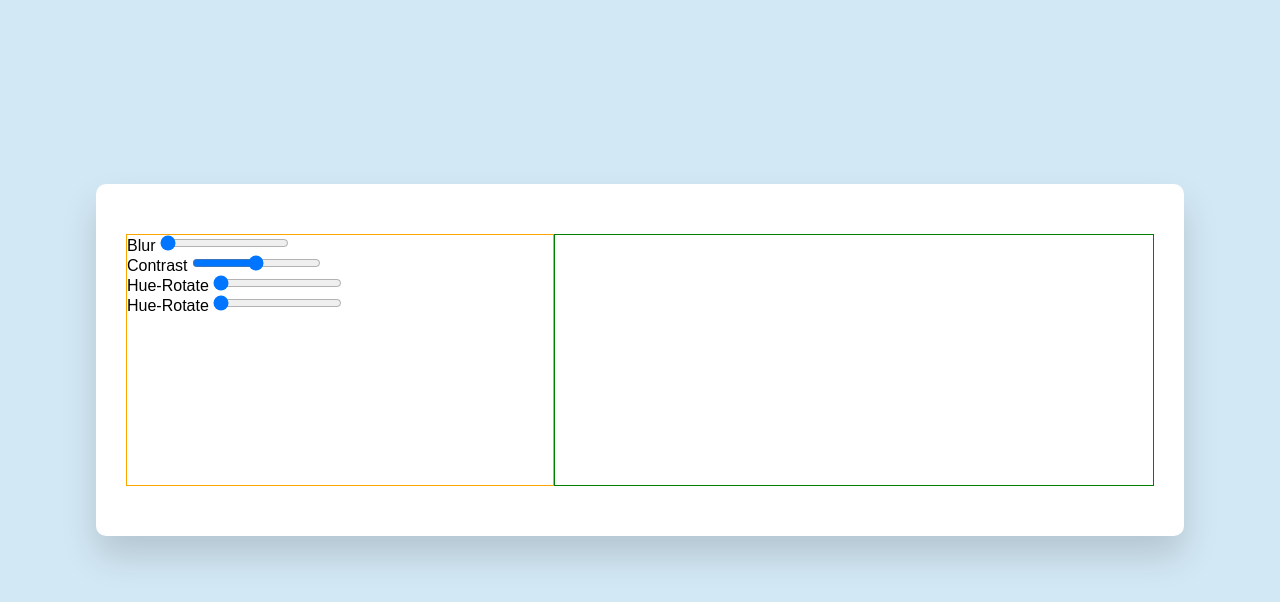
Repository: Larrowo/Challenges
Page: Photo filter/index.html
The author's editor kept a copy of each file at every save. The page is drawn from the files as they stood at one save, then again after the next save.
The browser window is 1280 px wide. The pictures show the whole page.

Above is the page before, as saved 2022-04-01 12:23:54.

### Photo filter/index.html
<!DOCTYPE html>
<html lang="en">
<head>
    <meta charset="UTF-8">
    <meta http-equiv="X-UA-Compatible" content="IE=edge">
    <meta name="viewport" content="width=device-width, initial-scale=1.0">
    <link rel="stylesheet" href="style.css">
    <script src="script.js" defer></script>
    <title>Document</title>
</head>
<body>
    <div class="wrapper">
        <div class="editor">
            <div class="filter">
                <label for="blur">Blur</label>
                <input type="range" min="0" max="5" value="0" step="0.1" id="blur">
            </div>
            <div class="filter">
                <label for="contrast">Contrast</label>
                <input type="range" min="0" max="200" value="100"  id="Contrast">
            </div>
            <div class="filter">
                <label for="Hue-rotate">Hue-Rotate</label>
                <input type="range" min="0" max="360" value="0"  id="Hue-rotate">
            </div>
            <div class="filter">
                <label for="Hue-rotate">Hue-Rotate</label>
                <input type="range" min="0" max="360" value="0"  id="Hue-rotate">
            </div>

        </div>
        <div class="results">

        </div>
    </div>
</body>
</html>

### Photo filter/style.css
*{
    padding: 0;
    margin: 0;
    box-sizing: border-box;
    font-family: "Rubik",sans-serif;
}

body{
    background-color: #d3e8f5;
}

 .wrapper{
     width: 85vw;
     padding: 50px 30px;
     background-color: #ffffff;
     position: absolute;
     transform: translate(-50%,-50%);
     top: 50%;
     left: 50%;
     border-radius: 10px;
     box-shadow: 0 20px 35px rgba(0,0,0,0.15);
     display: grid;
     grid-template-columns: 5fr 7fr;
 }

 .editor{
     border: 1px solid orange;
     min-height: 35vmin;
     display: flex;
     flex-direction: column;
 }

 .results{
     border: 1px solid green;
 }

Loaded but not shown: Photo filter/script.js (no copy from this time; the picture is the same without it)

After the next save:
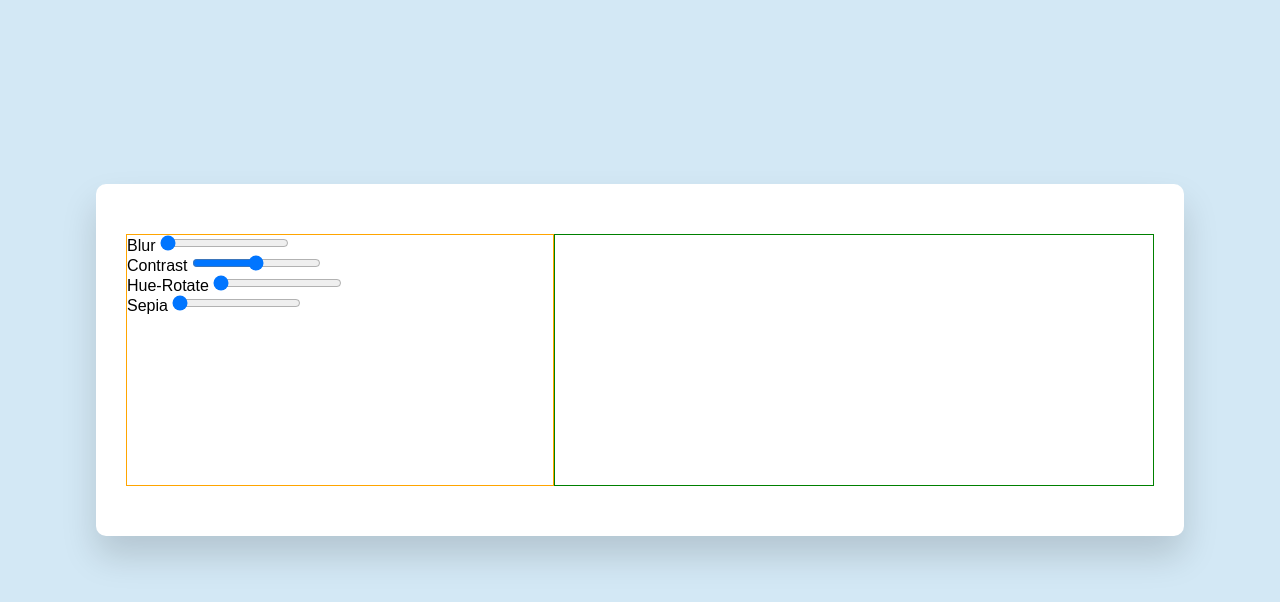
Saved 13 s later.
--- a/Photo filter/index.html
+++ b/Photo filter/index.html
@@ -24,7 +24,7 @@
                 <input type="range" min="0" max="360" value="0"  id="Hue-rotate">
             </div>
             <div class="filter">
-                <label for="Hue-rotate">Hue-Rotate</label>
+                <label for="Sepia">Sepia</label>
                 <input type="range" min="0" max="360" value="0"  id="Hue-rotate">
             </div>
 
